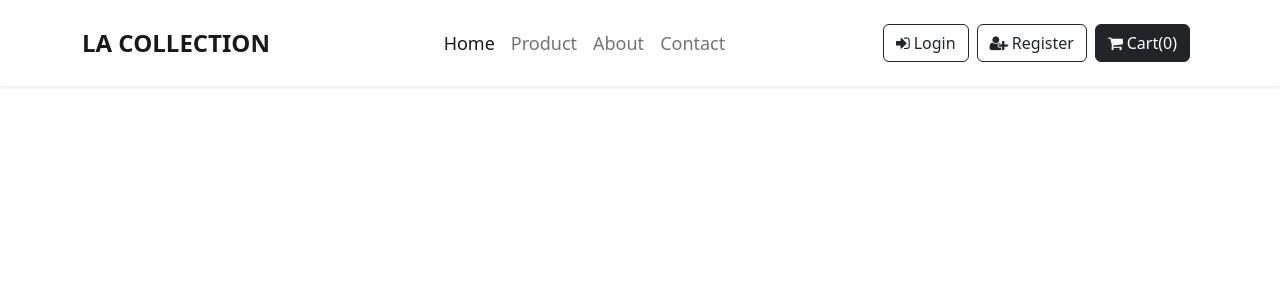
Repository: tiendungjr123/Ecommerce
Page: /cart
An editor plug-in stored every save of this project. The page is shown before and after a run of saves, followed by the edit.
The browser window is 1280 px wide. The pictures show the whole page.
The project was rebuilt for these pictures with package versions that can differ from the ones it lists, and the page was loaded fresh each time. Also part of the build but not shown: src/components/Products.jsx, src/components/Home.jsx, src/components/ProductDetail.jsx, src/components/About.jsx, src/components/Contact.jsx.

Above is the page before, as saved 2022-10-04 11:19:57.

After the next 4 saves:
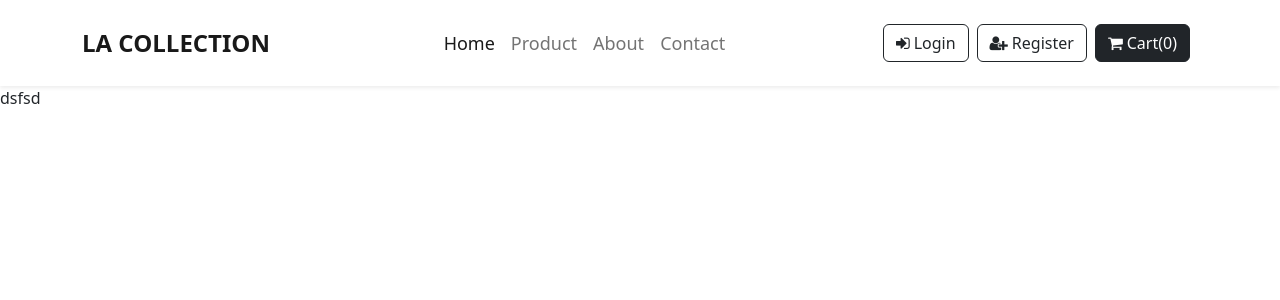
The 4 saves are shown as one change because 3 did not build or start.
The last was saved 5 min 23 s later.
--- a/src/components/Cart.jsx
+++ b/src/components/Cart.jsx
@@ -2,11 +2,29 @@
 import {useDispatch, useSelector} from 'react-redux';
 import {deleteCart} from '../redux/action/index'
 const Cart = () => {
-   const state = useSelector((state) => state.addCart)
+   const state = useSelector((state) => state.addCart);
+   const dispatch = useDispatch();
+
+   const cartItems = (cartItem) =>{
+      return (
+         <div className='px-4 my-5 bg-light rounded-3'>
+            <div className="container py-4">
+               <button className='btn btn-close float-end' aria-label='Close'></button>
+               <div className='row justify-content-center'>
+                  <div className='col-md-4'>
+                     <h3></h3>
+                     <p></p>
+                  </div>
+               </div>
+            </div>
+         </div>
+      )
+   }
    return (
-      <div>
-
-      </div>
+      <>
+         {/* {state.length !==0 && state.map(cartItems)} */}
+         dsfsd
+      </>
    );
 }
 

After the save that followed:
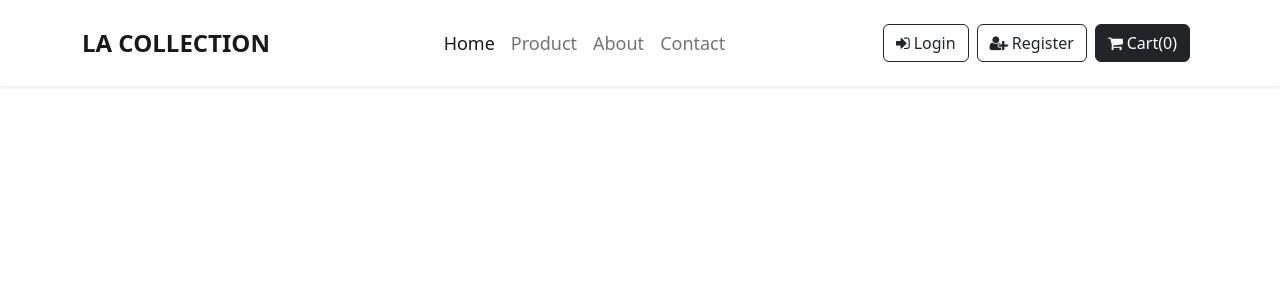
Saved 34 s later.
--- a/src/components/Cart.jsx
+++ b/src/components/Cart.jsx
@@ -23,7 +23,7 @@
    return (
       <>
          {/* {state.length !==0 && state.map(cartItems)} */}
-         dsfsd
+         <cartItems/>
       </>
    );
 }
